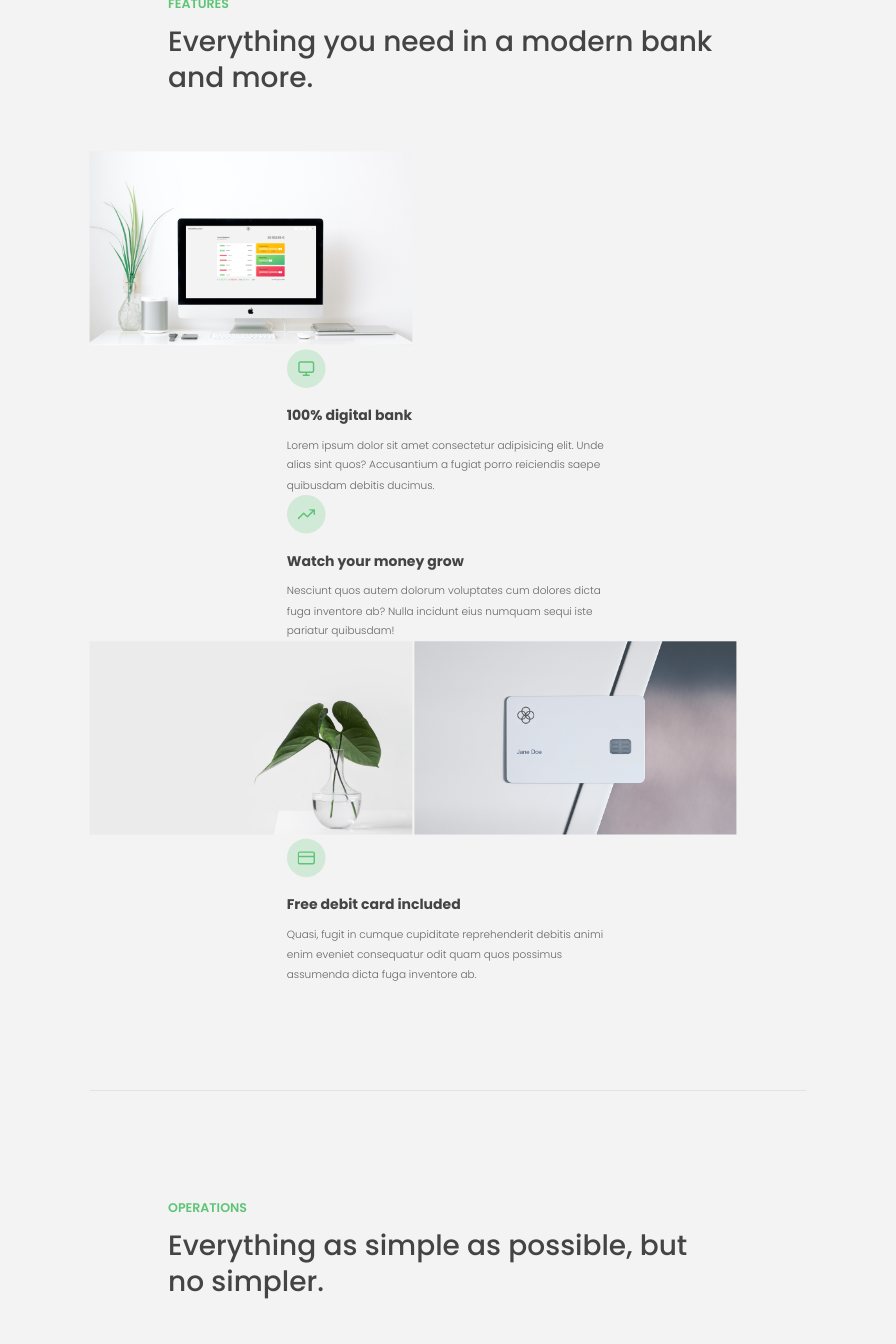
Repository: nptg3105/Bankist
Page: index.html
An editor plug-in stored every save of this project. The page is shown before and after the next save, followed by the edit.
The browser window is 1280 px wide. The pictures show the part of the page from y = 883 to 2803 px (the page is 5151 px tall before and 5090 px after), at 70% of full size.
Some web libraries are served in a nearby version.

Above is the page before, as saved 2022-06-02 15:41:38.

### index.html
<!DOCTYPE html>
<html lang="en">
  <head>
    <meta charset="UTF-8" />
    <meta name="viewport" content="width=device-width, initial-scale=1.0" />
    <meta http-equiv="X-UA-Compatible" content="ie=edge" />
    <link rel="shortcut icon" type="image/png" href="images/icon.png" />

    <link
      href="https://fonts.googleapis.com/css?family=Poppins:300,400,500,600&display=swap"
      rel="stylesheet"
    />
    <link
      rel="stylesheet"
      href="https://cdnjs.cloudflare.com/ajax/libs/font-awesome/6.1.1/css/all.min.css"
      integrity="sha512-KfkfwYDsLkIlwQp6LFnl8zNdLGxu9YAA1QvwINks4PhcElQSvqcyVLLD9aMhXd13uQjoXtEKNosOWaZqXgel0g=="
      crossorigin="anonymous"
      referrerpolicy="no-referrer"
    />
    <link rel="stylesheet" href="dist/index.css" />
    <title>Bankist | When Banking meets Minimalist</title>
  </head>
  <body>
    <header class="header">
      <nav class="nav">
        <img
          src="images/logo.png"
          alt="Bankist logo"
          class="nav__logo"
          id="logo"
        />
        <ul class="nav__links">
          <li class="nav__item">
            <a class="nav__link" href="#section--1">Features</a>
          </li>
          <li class="nav__item">
            <a class="nav__link" href="#section--2">Operations</a>
          </li>
          <li class="nav__item">
            <a class="nav__link" href="#section--3">Testimonials</a>
          </li>
          <li class="nav__item">
            <a class="nav__link nav__link--btn btn--show-modal" href="#"
              >Open account</a
            >
          </li>
        </ul>
      </nav>

      <div class="header__title container">
        <h1>
          When
          <!-- Green highlight effect -->
          <span class="highlight">banking</span>
          meets<br />
          <span class="highlight">minimalist</span>
        </h1>
        <h4>A simpler banking experience for a simpler life.</h4>
        <button class="btn--text btn--scroll-to">Learn more &DownArrow;</button>
        <img
          src="images/hero.png"
          class="header__img"
          alt="Minimalist bank items"
        />
      </div>
    </header>

    <section class="section container" id="section--1">
      <div class="section__title">
        <h2 class="section__description">Features</h2>
        <h3 class="section__header">
          Everything you need in a modern bank and more.
        </h3>
      </div>

      <div class="features">
        <img
          src="images/digital-lazy.jpg"
          data-src="images/digital.jpg"
          alt="Computer"
          class="features__img lazy-img"
        />
        <div class="features__feature">
          <div class="features__icon">
            <svg>
              <use xlink:href="images/icons.svg#icon-monitor"></use>
            </svg>
          </div>
          <h5 class="features__header">100% digital bank</h5>
          <p>
            Lorem ipsum dolor sit amet consectetur adipisicing elit. Unde alias
            sint quos? Accusantium a fugiat porro reiciendis saepe quibusdam
            debitis ducimus.
          </p>
        </div>

        <div class="features__feature">
          <div class="features__icon">
            <svg>
              <use xlink:href="images/icons.svg#icon-trending-up"></use>
            </svg>
          </div>
          <h5 class="features__header">Watch your money grow</h5>
          <p>
            Nesciunt quos autem dolorum voluptates cum dolores dicta fuga
            inventore ab? Nulla incidunt eius numquam sequi iste pariatur
            quibusdam!
          </p>
        </div>
        <img
          src="images/grow-lazy.jpg"
          data-src="images/grow.jpg"
          alt="Plant"
          class="features__img lazy-img"
        />

        <img
          src="images/card-lazy.jpg"
          data-src="images/card.jpg"
          alt="Credit card"
          class="features__img lazy-img"
        />
        <div class="features__feature">
          <div class="features__icon">
            <svg>
              <use xlink:href="images/icons.svg#icon-credit-card"></use>
            </svg>
          </div>
          <h5 class="features__header">Free debit card included</h5>
          <p>
            Quasi, fugit in cumque cupiditate reprehenderit debitis animi enim
            eveniet consequatur odit quam quos possimus assumenda dicta fuga
            inventore ab.
          </p>
        </div>
      </div>
    </section>

    <section class="section container" id="section--2">
      <div class="section__title">
        <h2 class="section__description">Operations</h2>
        <h3 class="section__header">
          Everything as simple as possible, but no simpler.
        </h3>
      </div>

      <div class="operations">
        <div class="operations__tab-container">
          <button
            class="btn operations__tab operations__tab--1 operations__tab--active"
            data-tab="1"
          >
            <span>01</span>Instant Transfers
          </button>
          <button class="btn operations__tab operations__tab--2" data-tab="2">
            <span>02</span>Instant Loans
          </button>
          <button class="btn operations__tab operations__tab--3" data-tab="3">
            <span>03</span>Instant Closing
          </button>
        </div>
        <div
          class="operations__content operations__content--1 operations__content--active"
        >
          <div class="operations__icon operations__icon--1">
            <svg>
              <use xlink:href="images/icons.svg#icon-upload"></use>
            </svg>
          </div>
          <h5 class="operations__header">
            Tranfser money to anyone, instantly! No fees, no BS.
          </h5>
          <p>
            Lorem ipsum dolor sit amet, consectetur adipisicing elit, sed do
            eiusmod tempor incididunt ut labore et dolore magna aliqua. Ut enim
            ad minim veniam, quis nostrud exercitation ullamco laboris nisi ut
            aliquip ex ea commodo consequat.
          </p>
        </div>

        <div class="operations__content operations__content--2">
          <div class="operations__icon operations__icon--2">
            <svg>
              <use xlink:href="images/icons.svg#icon-home"></use>
            </svg>
          </div>
          <h5 class="operations__header">
            Buy a home or make your dreams come true, with instant loans.
          </h5>
          <p>
            Duis aute irure dolor in reprehenderit in voluptate velit esse
            cillum dolore eu fugiat nulla pariatur. Excepteur sint occaecat
            cupidatat non proident, sunt in culpa qui officia deserunt mollit
            anim id est laborum.
          </p>
        </div>
        <div class="operations__content operations__content--3">
          <div class="operations__icon operations__icon--3">
            <svg>
              <use xlink:href="images/icons.svg#icon-user-x"></use>
            </svg>
          </div>
          <h5 class="operations__header">
            No longer need your account? No problem! Close it instantly.
          </h5>
          <p>
            Excepteur sint occaecat cupidatat non proident, sunt in culpa qui
            officia deserunt mollit anim id est laborum. Ut enim ad minim
            veniam, quis nostrud exercitation ullamco laboris nisi ut aliquip ex
            ea commodo consequat.
          </p>
        </div>
      </div>
    </section>

    <section class="section container" id="section--3">
      <div class="section__title section__title--testimonials">
        <h2 class="section__description">Not sure yet?</h2>
        <h3 class="section__header">
          Millions of Bankists are already making their lifes simpler.
        </h3>
      </div>

      <div class="slider">
        <div class="slide slide--1">
          <div class="testimonial">
            <h5 class="testimonial__header">Best financial decision ever!</h5>
            <blockquote class="testimonial__text">
              Lorem ipsum dolor sit, amet consectetur adipisicing elit.
              Accusantium quas quisquam non? Quas voluptate nulla minima
              deleniti optio ullam nesciunt, numquam corporis et asperiores
              laboriosam sunt, praesentium suscipit blanditiis. Necessitatibus
              id alias reiciendis, perferendis facere pariatur dolore veniam
              autem esse non voluptatem saepe provident nihil molestiae.
            </blockquote>
            <address class="testimonial__author">
              <img src="images/user-1.jpg" alt="" class="testimonial__photo" />
              <h6 class="testimonial__name">Aarav Lynn</h6>
              <p class="testimonial__location">San Francisco, USA</p>
            </address>
          </div>
        </div>

        <div class="slide slide--2">
          <div class="testimonial">
            <h5 class="testimonial__header">
              The last step to becoming a complete minimalist
            </h5>
            <blockquote class="testimonial__text">
              Quisquam itaque deserunt ullam, quia ea repellendus provident,
              ducimus neque ipsam modi voluptatibus doloremque, corrupti
              laborum. Incidunt numquam perferendis veritatis neque repellendus.
              Lorem, ipsum dolor sit amet consectetur adipisicing elit. Illo
              deserunt exercitationem deleniti.
            </blockquote>
            <address class="testimonial__author">
              <img src="images/user-2.jpg" alt="" class="testimonial__photo" />
              <h6 class="testimonial__name">Miyah Miles</h6>
              <p class="testimonial__location">London, UK</p>
            </address>
          </div>
        </div>

        <div class="slide slide--3">
          <div class="testimonial">
            <h5 class="testimonial__header">
              Finally free from old-school banks
            </h5>
            <blockquote class="testimonial__text">
              Debitis, nihil sit minus suscipit magni aperiam vel tenetur
              incidunt commodi architecto numquam omnis nulla autem,
              necessitatibus blanditiis modi similique quidem. Odio aliquam
              culpa dicta beatae quod maiores ipsa minus consequatur error sunt,
              deleniti saepe aliquid quos inventore sequi. Necessitatibus id
              alias reiciendis, perferendis facere.
            </blockquote>
            <address class="testimonial__author">
              <img src="images/user-3.jpg" alt="" class="testimonial__photo" />
              <h6 class="testimonial__name">Francisco Gomes</h6>
              <p class="testimonial__location">Lisbon, Portugal</p>
            </address>
          </div>
        </div>

        <!-- <div class="slide"><img src="images/img-1.jpg" alt="Photo 1" /></div>
        <div class="slide"><img src="images/img-2.jpg" alt="Photo 2" /></div>
        <div class="slide"><img src="images/img-3.jpg" alt="Photo 3" /></div>
        <div class="slide"><img src="images/img-4.jpg" alt="Photo 4" /></div> -->
        <button class="slider__btn slider__btn--left">&larr;</button>
        <button class="slider__btn slider__btn--right">&rarr;</button>
        <div class="dots"></div>
      </div>
    </section>

    <section class="section section--sign-up">
      <div class="section__title">
        <h3 class="section__header">
          The best day to join Bankist was one year ago. The second best is
          today!
        </h3>
      </div>
      <button class="btn btn--show-modal">Open your free account today!</button>
    </section>

    <footer class="footer">
      <ul class="footer__nav">
        <li class="footer__item">
          <a class="footer__link" href="#">About</a>
        </li>
        <li class="footer__item">
          <a class="footer__link" href="#">Pricing</a>
        </li>
        <li class="footer__item">
          <a class="footer__link" href="#">Terms of Use</a>
        </li>
        <li class="footer__item">
          <a class="footer__link" href="#">Privacy Policy</a>
        </li>
        <li class="footer__item">
          <a class="footer__link" href="#">Careers</a>
        </li>
        <li class="footer__item">
          <a class="footer__link" href="#">Blog</a>
        </li>
        <li class="footer__item">
          <a class="footer__link" href="#">Contact Us</a>
        </li>
      </ul>
      <img src="images/icon.png" alt="Logo" class="footer__logo" />
      <p class="footer__copyright">
        &copy; Copyright by
        <a
          class="footer__link twitter-link"
          target="_blank"
          href="https://twitter.com/jonasschmedtman"
          >Jonas Schmedtmann</a
        >. Use for learning or your portfolio. Don't use to teach. Don't claim
        as your own product.
      </p>
    </footer>

    <div class="modal hidden">
      <button class="btn--close-modal">&times;</button>
      <h2 class="modal__header">
        Open your bank account <br />
        in just <span class="highlight">5 minutes</span>
      </h2>
      <form class="modal__form">
        <label>First Name</label>
        <input type="text" />
        <label>Last Name</label>
        <input type="text" />
        <label>Email Address</label>
        <input type="email" />
        <button class="btn">Next step &rarr;</button>
      </form>
    </div>
    <div class="overlay hidden"></div>

    <script src="./src/js/script.js"></script>
  </body>
</html>

Loaded but not shown: dist/index.css (library); src/js/script.js (241 lines, source omitted)

After the next save:
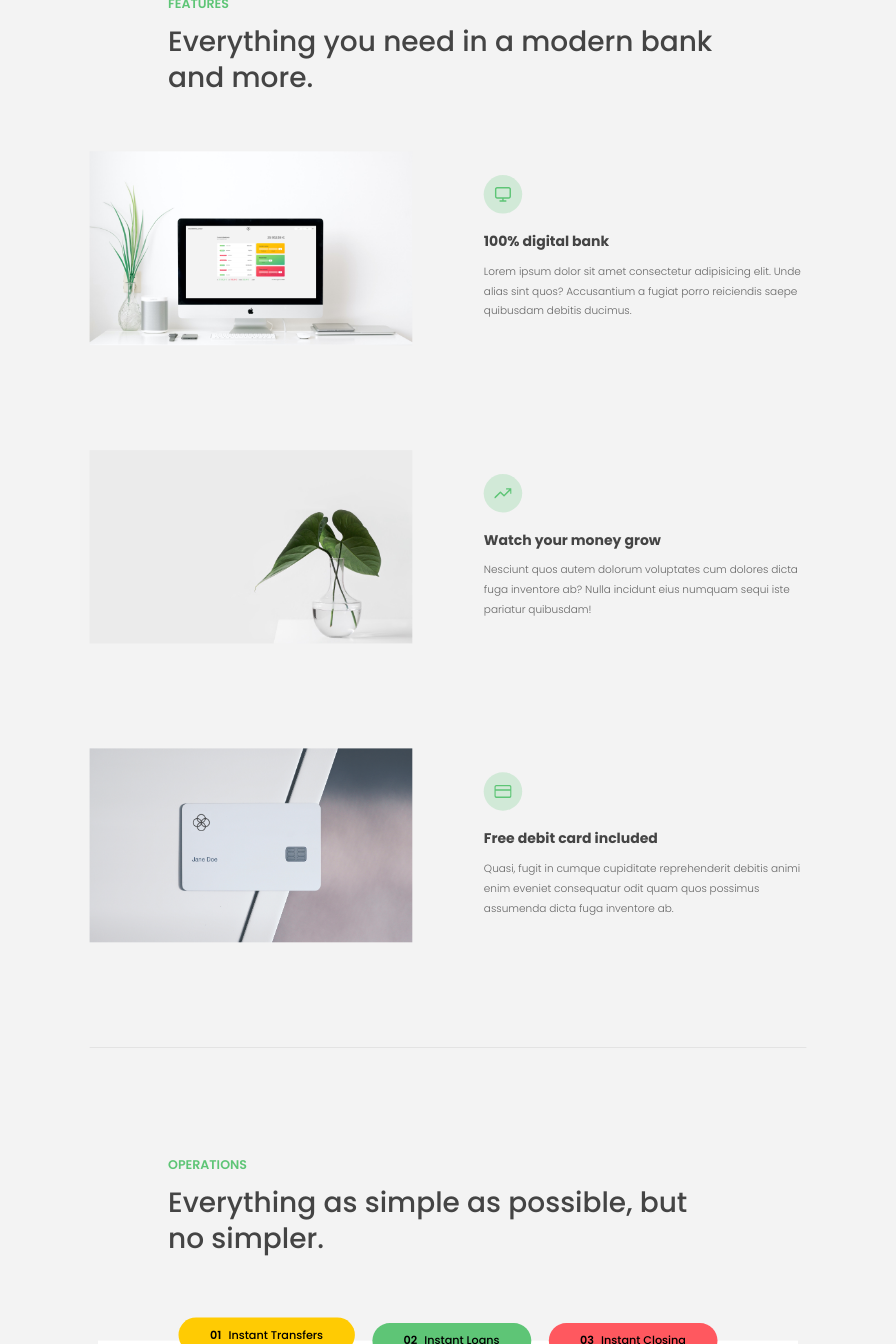
Saved 80 s later.
--- a/index.html
+++ b/index.html
@@ -74,64 +74,70 @@
       </div>
 
       <div class="features">
-        <img
-          src="images/digital-lazy.jpg"
-          data-src="images/digital.jpg"
-          alt="Computer"
-          class="features__img lazy-img"
-        />
-        <div class="features__feature">
-          <div class="features__icon">
-            <svg>
-              <use xlink:href="images/icons.svg#icon-monitor"></use>
-            </svg>
-          </div>
-          <h5 class="features__header">100% digital bank</h5>
-          <p>
-            Lorem ipsum dolor sit amet consectetur adipisicing elit. Unde alias
-            sint quos? Accusantium a fugiat porro reiciendis saepe quibusdam
-            debitis ducimus.
-          </p>
-        </div>
-
-        <div class="features__feature">
-          <div class="features__icon">
-            <svg>
-              <use xlink:href="images/icons.svg#icon-trending-up"></use>
-            </svg>
-          </div>
-          <h5 class="features__header">Watch your money grow</h5>
-          <p>
-            Nesciunt quos autem dolorum voluptates cum dolores dicta fuga
-            inventore ab? Nulla incidunt eius numquam sequi iste pariatur
-            quibusdam!
-          </p>
-        </div>
-        <img
-          src="images/grow-lazy.jpg"
-          data-src="images/grow.jpg"
-          alt="Plant"
-          class="features__img lazy-img"
-        />
-
-        <img
-          src="images/card-lazy.jpg"
-          data-src="images/card.jpg"
-          alt="Credit card"
-          class="features__img lazy-img"
-        />
-        <div class="features__feature">
-          <div class="features__icon">
-            <svg>
-              <use xlink:href="images/icons.svg#icon-credit-card"></use>
-            </svg>
-          </div>
-          <h5 class="features__header">Free debit card included</h5>
-          <p>
-            Quasi, fugit in cumque cupiditate reprehenderit debitis animi enim
-            eveniet consequatur odit quam quos possimus assumenda dicta fuga
-            inventore ab.
-          </p>
+        <div class="features__item">
+          <img
+            src="images/digital-lazy.jpg"
+            data-src="images/digital.jpg"
+            alt="Computer"
+            class="features__img lazy-img"
+          />
+          <div class="features__feature">
+            <div class="features__icon">
+              <svg>
+                <use xlink:href="images/icons.svg#icon-monitor"></use>
+              </svg>
+            </div>
+            <h5 class="features__header">100% digital bank</h5>
+            <p>
+              Lorem ipsum dolor sit amet consectetur adipisicing elit. Unde
+              alias sint quos? Accusantium a fugiat porro reiciendis saepe
+              quibusdam debitis ducimus.
+            </p>
+          </div>
+        </div>
+
+        <div class="features__item">
+          <img
+            src="images/grow-lazy.jpg"
+            data-src="images/grow.jpg"
+            alt="Plant"
+            class="features__img lazy-img"
+          />
+          <div class="features__feature">
+            <div class="features__icon">
+              <svg>
+                <use xlink:href="images/icons.svg#icon-trending-up"></use>
+              </svg>
+            </div>
+            <h5 class="features__header">Watch your money grow</h5>
+            <p>
+              Nesciunt quos autem dolorum voluptates cum dolores dicta fuga
+              inventore ab? Nulla incidunt eius numquam sequi iste pariatur
+              quibusdam!
+            </p>
+          </div>
+        </div>
+
+        <div class="features__item">
+          <img
+            src="images/card-lazy.jpg"
+            data-src="images/card.jpg"
+            alt="Credit card"
+            class="features__img lazy-img"
+          />
+          <div class="features__feature">
+            <div class="features__icon">
+              <svg>
+                <use xlink:href="images/icons.svg#icon-credit-card"></use>
+              </svg>
+            </div>
+            <h5 class="features__header">Free debit card included</h5>
+            <p>
+              Quasi, fugit in cumque cupiditate reprehenderit debitis animi enim
+              eveniet consequatur odit quam quos possimus assumenda dicta fuga
+              inventore ab.
+            </p>
+          </div>
         </div>
       </div>
     </section>
